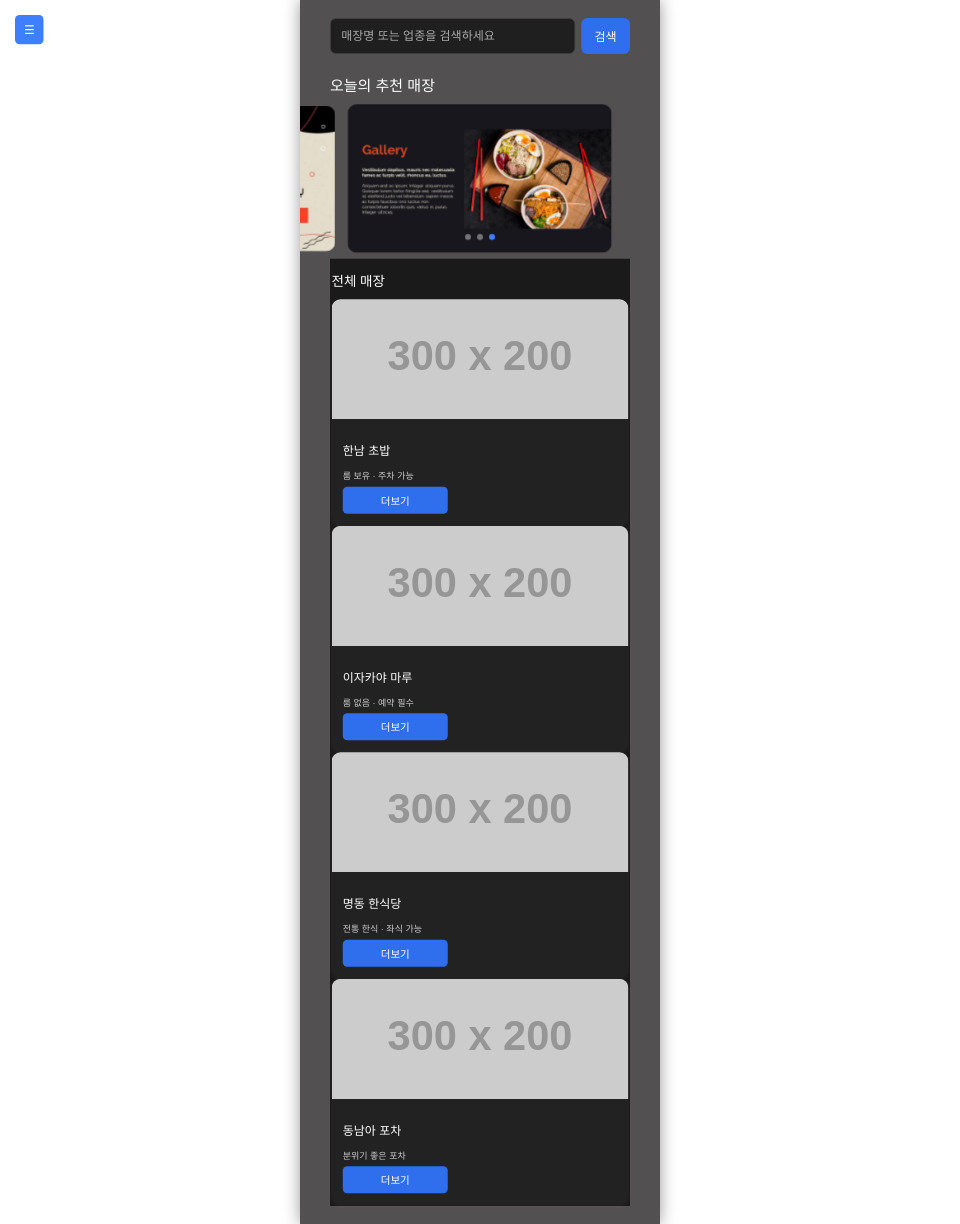
Repository: noiredex/Choplan-API
Page: / (app in choplan/frontend_main/)
The author's editor kept a copy of each file at every save. The page is drawn from the files as they stood at one save, then again after the next save.
The browser window is 1280 px wide. The pictures show the whole page, at 75% of full size.
The project was rebuilt for these pictures with package versions that can differ from the ones it lists, and the page was loaded fresh each time. Also part of the build but not shown: choplan/frontend_main/vite.config.js, choplan/frontend_main/vite.config.ts, choplan/frontend_main/src/styles/StoreDetailPage.css, choplan/frontend_main/src/pages/StoreDetailPage.jsx.

Above is the page before, as saved 2025-10-29 16:06:14.

### choplan/frontend_main/index.html
<!doctype html>
<html lang="en">
  <head>
    <meta charset="UTF-8" />
    <link rel="icon" type="image/svg+xml" href="/vite.svg" />
    <meta name="viewport" content="width=device-width, initial-scale=1.0" />
    <title>frontend_main</title>
  </head>
  <body>
    <div id="root"></div>
    <script type="module" src="/src/main.jsx"></script>
  </body>
</html>

### choplan/frontend_main/src/App.jsx
import { Routes, Route } from "react-router-dom";
import HomePage from "./pages/HomePage";
import StoreDetailPage from "./pages/StoreDetailPage";
import "./App.css";

export default function App() {
  return (
    <Routes>
      <Route path="/" element={<HomePage />} />
      <Route path="/store/:id" element={<StoreDetailPage />} />
    </Routes>
  );
}

### choplan/frontend_main/src/pages/Homepage.jsx
import React, { useState } from "react";
import Sidebar from "../components/common/Sidebar";
import SearchBar from "../components/home/SearchBar";
import BannerSlider from "../components/home/BannerSlider";
import RecommendedStores from "../components/home/RecommendedStores";
import "../styles/HomePage.css";

export default function HomePage() {
  const [selectedCategory, setSelectedCategory] = useState("전체");
  const [searchQuery, setSearchQuery] = useState("");

  return (
    <div className="home-container">
      {/* 사이드바 */}
      <Sidebar
        selectedCategory={selectedCategory}
        onSelectCategory={setSelectedCategory}
        searchQuery={searchQuery}
      />

      {/* 메인 콘텐츠 */}
      <div className="main-content">
        <SearchBar onSearch={setSearchQuery} />

        {/* 추천 배너 */}
        <section className="banner-section">
          <h2>오늘의 추천 매장</h2>
          <BannerSlider />
        </section>

        {/* 매장 목록 */}
        <section className="store-section">
          <RecommendedStores
            category={selectedCategory}
            searchQuery={searchQuery}
          />
        </section>
      </div>
    </div>
  );
}

### choplan/frontend_main/src/App.css
/* ==============================
   App.css — 전역 스타일
   ============================== */

/* 기본 페이지 레이아웃 */
html, body {
  margin: 0;
  padding: 0;
  background-color: #181818; /* Soft Charcoal */
  color: #E0E0E0;
  font-family: 'Noto Sans KR', sans-serif;
  display: flex;
  justify-content: center;
}

/* 전체 앱을 중앙에 고정 (모바일 480px 기준) */
#root {
  width: 100%;
  max-width: 480px;
  min-height: 100vh;
  background-color: #1E1E1E;
  box-shadow: 0 0 20px rgba(0, 0, 0, 0.4);
  overflow-x: hidden;
  position: relative;
}

/* 스크롤바 다크모드 스타일 */
::-webkit-scrollbar {
  width: 6px;
}
::-webkit-scrollbar-track {
  background: #1a1a1a;
}
::-webkit-scrollbar-thumb {
  background: #444;
  border-radius: 4px;
}
::-webkit-scrollbar-thumb:hover {
  background: #555;
}

/* 공통 버튼 스타일 */
button {
  background-color: #3D7FFF;
  color: white;
  border: none;
  border-radius: 8px;
  padding: 10px 16px;
  cursor: pointer;
  transition: background-color 0.2s ease;
}
button:hover {
  background-color: #5596FF;
}

/* 링크 */
a {
  text-decoration: none;
  color: inherit;
}

### choplan/frontend_main/src/components/common/Sidebar.jsx
import React, { useState, useEffect } from "react";
import "../../styles/Sidebar.css";

export default function Sidebar({ selectedCategory, onSelectCategory, searchQuery }) {
  const [isOpen, setIsOpen] = useState(false);

  const categories = [
    "전체",
    "이자카야",
    "초밥",
    "한식",
    "양식",
    "중식",
    "동남아",
    "인도",
    "기타",
  ];

  // 검색어에 따라 자동 카테고리 선택
  useEffect(() => {
    if (searchQuery && searchQuery.trim() !== "") {
      const matched = categories.find((cat) => searchQuery.includes(cat));
      if (matched) onSelectCategory(matched);
    }
  }, [searchQuery]);

  return (
    <>
      {/* 햄버거 버튼 (항상 노출) */}
      <button
        className="sidebar-toggle"
        onClick={() => setIsOpen(!isOpen)}
        aria-label="메뉴 열기"
      >
        ☰
      </button>

      {/* 오버레이 (열릴 때만) */}
      {isOpen && <div className="overlay" onClick={() => setIsOpen(false)}></div>}

      {/* 세로형 사이드바 */}
      <aside className={`sidebar ${isOpen ? "open" : ""}`}>
        <ul className="sidebar-list">
          {categories.map((category, index) => (
            <li
              key={index}
              className={selectedCategory === category ? "active" : ""}
              onClick={() => {
                onSelectCategory(category);
                setIsOpen(false);
              }}
            >
              {category}
            </li>
          ))}
        </ul>
      </aside>
    </>
  );
}

### choplan/frontend_main/src/components/home/SearchBar.jsx
import React, { useState } from "react";
import "../../styles/SearchBar.css";

export default function SearchBar({ onSearch }) {
  const [query, setQuery] = useState("");

  const handleInputChange = (e) => {
    setQuery(e.target.value);
  };

  const handleSearch = (e) => {
    e.preventDefault();
    onSearch(query);
  };

  return (
    <form className="search-bar" onSubmit={handleSearch}>
      <input
        type="text"
        placeholder="매장명 또는 업종을 검색하세요"
        value={query}
        onChange={handleInputChange}
      />
      <button type="submit">검색</button>
    </form>
  );
}

### choplan/frontend_main/src/components/home/BannerSlider.jsx
import React from "react";
import { Swiper, SwiperSlide } from "swiper/react";
import { Autoplay, Pagination } from "swiper/modules";
import "swiper/css";
import "swiper/css/pagination";
import "../../styles/BannerSlider.css";

const images = [
  "/images/banner4.jpg",
  "/images/banner2.jpg",
  "/images/banner3.jpg"
];

export default function BannerSlider() {
  return (
    <div className="banner-slider">
      <Swiper
        modules={[Autoplay, Pagination]}
        slidesPerView={1.15}
        centeredSlides={true}
        spaceBetween={20}
        loop={true}
        autoplay={{ delay: 3000, disableOnInteraction: false }}
        pagination={{ clickable: true }}
        className="custom-swiper"
      >
        {images.map((src, index) => (
          <SwiperSlide key={index} className="banner-slide">
            <img src={src} alt={`배너 ${index + 1}`} />
          </SwiperSlide>
        ))}
      </Swiper>
    </div>
  );
}

### choplan/frontend_main/src/components/home/RecommendedStores.jsx
import React, { useEffect, useState } from "react";
import { useNavigate } from "react-router-dom";
import "../../styles/RecommendedStores.css";

export default function RecommendedStores({ category, searchQuery }) {
  const [stores, setStores] = useState([]);
  const navigate = useNavigate(); // 페이지 이동 훅

  // 예시 데이터 (실제 API 연결 시 이 부분 대체)
  const allStores = [
    { id: 1, name: "한남 초밥", category: "초밥", desc: "룸 보유 · 주차 가능", img: "https://placehold.co/300x200" },
    { id: 2, name: "이자카야 마루", category: "이자카야", desc: "룸 없음 · 예약 필수", img: "https://placehold.co/300x200" },
    { id: 3, name: "명동 한식당", category: "한식", desc: "전통 한식 · 좌식 가능", img: "https://placehold.co/300x200" },
    { id: 4, name: "동남아 포차", category: "동남아", desc: "분위기 좋은 포차", img: "https://placehold.co/300x200" },
  ];

  useEffect(() => {
    let filtered = allStores;

    // 검색어 반영
    if (searchQuery) {
      filtered = filtered.filter((store) =>
        store.name.toLowerCase().includes(searchQuery.toLowerCase())
      );
    }

    // 카테고리 반영
    if (category && category !== "전체") {
      filtered = filtered.filter((store) => store.category === category);
    }

    setStores(filtered);
  }, [category, searchQuery]);

  return (
    <div className="recommended-stores">
      <h2>{category ? category : "전체"} 매장</h2>

      <div className="store-grid">
        {stores.length > 0 ? (
          stores.map((store) => (
            <div className="store-card" key={store.id}>
              <img src={store.img} alt={store.name} />
              <div className="store-info">
                <h3>{store.name}</h3>
                <p>{store.desc}</p>
                <button onClick={() => navigate(`/store/${store.id}`)}>더보기</button>
              {/* 더보기 클릭시 /store/매장id 페이지로 이동 */}
              </div>
            </div>
          ))
        ) : (
          <p className="no-results">검색 결과가 없습니다.</p>
        )}
      </div>
    </div>
  );
}

### choplan/frontend_main/src/styles/HomePage.css
/* ===== 기본 구조 ===== */
.home-container {
  display: flex;
  flex-direction: row;
  align-items: stretch;
  justify-content: flex-start;
  width: 100%;
  min-height: 100vh;
  background-color: #525050; /* 다크모드 배경 */
  overflow: hidden;
  box-sizing: border-box;
  color: #f0f0f0;
}

/* ===== 메인 콘텐츠 ===== */
.main-content {
  flex: 1;
  display: flex;
  flex-direction: column;
  justify-content: flex-start;
  align-items: stretch;
  padding: 24px 40px;
  overflow-y: auto;
  transition: all 0.3s ease;
}

/* ===== 검색바 ===== */
.search-bar {
  margin-bottom: 10px; /* 기존보다 10px 줄임 */
}

/* ===== 베너 섹션 ===== */
.benner-section {
  text-align: center;
  margin-top: 10px; /* 기존보다 10px 줄임 */
  margin-bottom: 20px; /* 아래 ‘전체매장’ 간격 줄임 */
  display: flex;
  flex-direction: column;
  align-items: center;
}

.banner-section h2 {
  font-size: 20px; /* 기존 24px → 20px */
  font-weight: 700;
  color: #ffffff;
  margin-bottom: 12px;
}

.banner-section .swiper-container {
  width: 100%;
  max-width: 1200px;
  aspect-ratio: 16 / 9;
  border-radius: 12px;
  overflow: hidden;
  object-fit: cover;
  height: auto !important;
  flex-shrink: 0;
}

.banner-section .swiper-slide img {
  width: 100%;
  height: 100%;
  object-fit: cover;
  display: block;
}

/* ===== 추천 매장 섹션 ===== */
.store-section {
  width: 100%;
  margin-top: 10px; /* 기존보다 10px 줄임 */
  flex-grow: 1;
}

/* 반응형 대응 */
@media (max-width: 1024px) {
  .banner-section h2 {
    font-size: 18px;
  }
}

### choplan/frontend_main/src/styles/Sidebar.css
/* ==============================
   Sidebar.css — 카테고리 & 햄버거 버튼
   ============================== */

/* ===== 사이드바 전체 ===== */
.sidebar {
  position: fixed;
  top: 0;
  left: 0;
  width: 220px;
  height: 100%;
  background: #202020; /* Soft Charcoal */
  border-right: 1px solid #2c2c2c;
  overflow-y: auto;
  transform: translateX(-100%);
  transition: transform 0.3s ease-in-out;
  z-index: 1000;
}

/* 열렸을 때 */
.sidebar.open {
  transform: translateX(0);
}

/* ===== 햄버거 버튼 ===== */
.sidebar-toggle {
  position: fixed;
  top: 20px;
  left: 20px;
  z-index: 1100;
  background: #3D7FFF;
  color: white;
  border: none;
  border-radius: 6px;
  padding: 10px 12px;
  font-size: 16px;
  cursor: pointer;
  transition: background 0.2s ease;
}

.sidebar-toggle:hover {
  background: #5596FF;
}

/* ===== 카테고리 리스트 ===== */
.sidebar-list {
  list-style: none;
  margin: 70px 0 0 0; /* 버튼 아래쪽 여백 확보 */
  padding: 0;
  display: flex;
  flex-direction: column;
}

.sidebar-list li {
  padding: 14px 18px;
  color: #E0E0E0;
  font-size: 15px;
  cursor: pointer;
  border-bottom: 1px solid #2b2b2b;
  transition: all 0.2s ease;
}

.sidebar-list li:hover {
  background-color: #2a2a2a;
}

.sidebar-list li.active {
  background-color: #3D7FFF;
  color: #fff;
  font-weight: 600;
}

/* “전체” 항목 상단 고정 */
.sidebar-list li:first-child {
  position: sticky;
  top: 0;
  background: #202020;
  z-index: 3;
  font-weight: bold;
  border-bottom: 1px solid #2c2c2c;
}

/* ===== 스크롤바 ===== */
.sidebar-list::-webkit-scrollbar {
  width: 6px;
}
.sidebar-list::-webkit-scrollbar-thumb {
  background: #333;
  border-radius: 3px;
}
.sidebar-list::-webkit-scrollbar-thumb:hover {
  background: #444;
}

/* ===== 반응형 ===== */
@media (max-width: 1024px) {
  .sidebar {
    width: 220px;
  }
}

@media (max-width: 600px) {
  .sidebar {
    width: 200px;
  }

  .sidebar-list li {
    font-size: 14px;
    padding: 12px 14px;
  }

  .sidebar-toggle {
    padding: 8px 10px;
    font-size: 14px;
    top: 15px;
    left: 15px;
  }
}

### choplan/frontend_main/src/styles/SearchBar.css
.search-bar {
  display: flex;
  align-items: center; /* 세로 중앙 정렬 */
  justify-content: center;
  width: 100%;
  max-width: 600px;
  margin: 0 auto;
}

.search-bar input {
  flex: 1;
  height: 48px; /* 버튼과 동일 높이 */
  padding: 0 14px;
  border: 1px solid #444;
  border-radius: 8px;
  background-color: #1f1f1f;
  color: #f0f0f0;
  font-size: 16px;
  outline: none;
  box-sizing: border-box;
}

.search-bar input::placeholder {
  color: #aaa;
}

.search-bar button {
  height: 48px; /* input과 완전 동일 높이 */
  padding: 0 18px;
  border: none;
  background-color: #2f6fed;
  color: white;
  font-size: 16px;
  border-radius: 8px;
  margin-left: 8px; /* input과의 간격 */
  cursor: pointer;
  transition: background-color 0.2s ease;
}

.search-bar button:hover {
  background-color: #1d56c4;
}

### choplan/frontend_main/src/styles/BannerSlider.css
.banner-slider {
  width: 100%;
  margin: 0;
  overflow: visible;
  background-color: transparent;
}

.custom-swiper {
  width: 100%;
  overflow: visible;
}

.custom-swiper .swiper-wrapper {
  overflow: visible; /* 오른쪽 슬라이드도 잘리지 않게 */
}

.banner-slide {
  display: flex;
  justify-content: center;
  align-items: center;
  transition: transform 0.4s ease;
}

.banner-slide img {
  width: 100%;
  height: auto;
  max-height: 440px;
  border-radius: 12px;
  object-fit: cover;
}

.swiper-slide-active img {
  transform: scale(1.02);
  transition: transform 0.3s ease-in-out;
}

.swiper-pagination-bullets {
  bottom: 10px;
}

.swiper-pagination-bullet {
  background-color: rgba(255, 255, 255, 0.4);
  opacity: 1;
  width: 8px;
  height: 8px;
  border-radius: 50%;
}

.swiper-pagination-bullet-active {
  background-color: #3d7fff;
}

@media (max-width: 600px) {
  .banner-slide img {
    max-height: 300px;
    border-radius: 8px;
  }
}

### choplan/frontend_main/src/styles/RecommendedStores.css
/* ===== 컨테이너 ===== */
.recommended-stores {
  padding: 2px;
  background: #1a1a1a;
}

/* ===== 섹션 제목 ===== */
.recommended-stores h2 {
  font-size: 18px; /* ‘오늘의 추천 매장’과 동일한 크기 */
  margin-bottom: 10px;
  font-weight: 600;
  color: #ffffff;
}

/* ===== 매장 카드 그리드 ===== */
.store-grid {
  display: grid;
  gap: 1px;
  width: 100%;
  max-width: 1200px;
  margin: 0 auto;
  grid-template-columns: repeat(auto-fit, minmax(280px, 1fr));
  transition: all 0.3s ease;
}

/* ===== 매장 카드 ===== */
.store-card {
  background: #222;
  border-radius: 12px;
  overflow: hidden;
  box-shadow: 0 2px 6px rgba(255, 255, 255, 0.05);
  display: flex;
  flex-direction: column;
  transition: transform 0.2s ease;
}

.store-card:hover {
  transform: translateY(-3px);
}

.store-card img {
  width: 100%;
  height: 160px;
  object-fit: cover;
}

.store-info {
  padding: 15px;
}

.store-info h3 {
  font-size: 16px;
  margin-bottom: 6px;
  color: #fff;
}

.store-info p {
  font-size: 12px;
  color: #ccc;
  margin-bottom: 5px;
}

.store-info button {
  width: 100%;
  max-width: 140px;
  padding: 8px 0;
  border: none;
  background-color: #2f6fed;
  color: white;
  font-size: 14px;
  border-radius: 6px;
  cursor: pointer;
  transition: background-color 0.2s ease;
}

.store-info button:hover {
  background-color: #1d56c4;
}

Loaded but not shown: choplan/frontend_main/src/main.jsx (common file); choplan/frontend_main/src/index.css (common file)

After the next save:
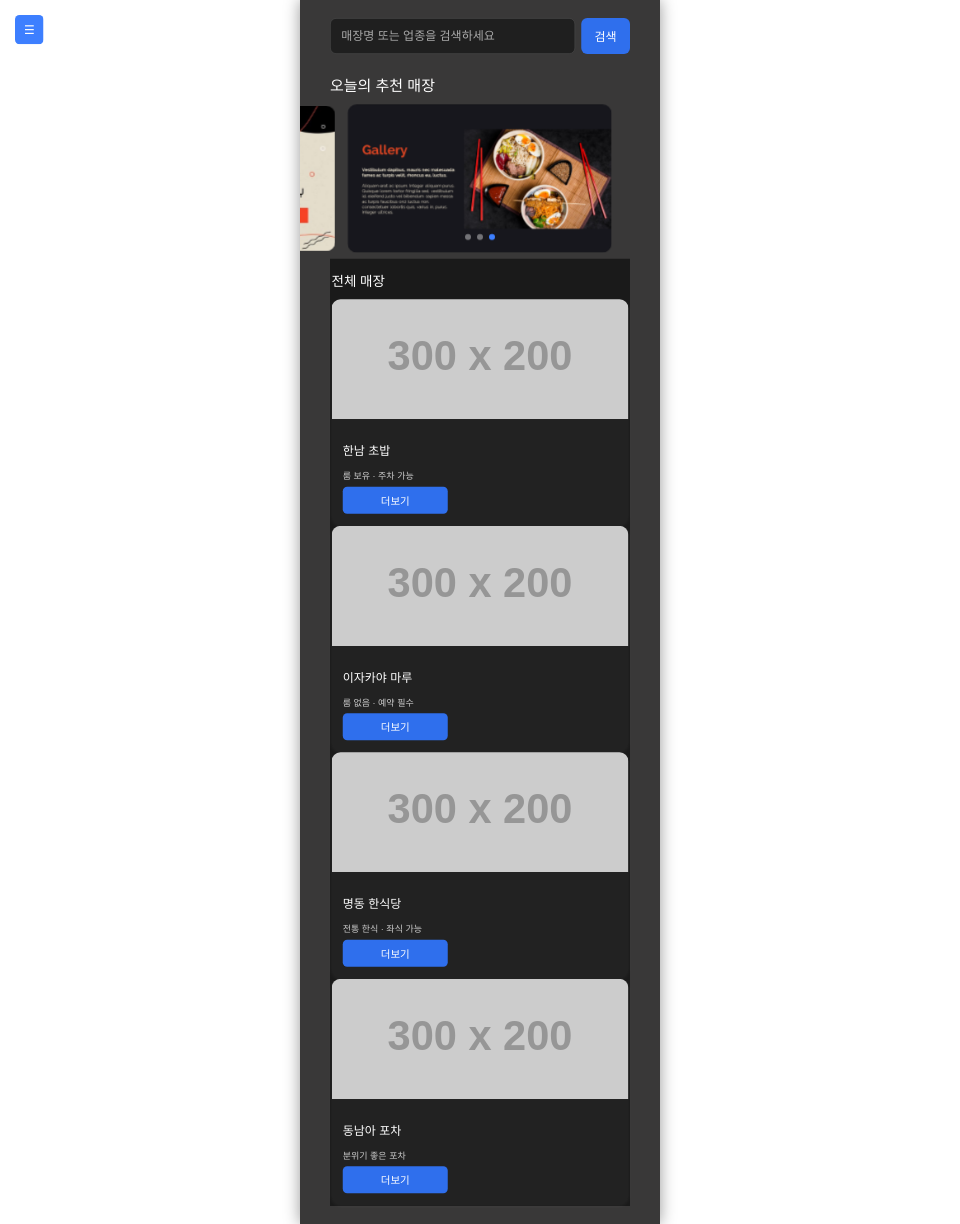
Saved 4 s later.
--- a/choplan/frontend_main/src/styles/HomePage.css
+++ b/choplan/frontend_main/src/styles/HomePage.css
@@ -6,7 +6,7 @@
   justify-content: flex-start;
   width: 100%;
   min-height: 100vh;
-  background-color: #525050; /* 다크모드 배경 */
+  background-color: #393838; /* 다크모드 배경 */
   overflow: hidden;
   box-sizing: border-box;
   color: #f0f0f0;
